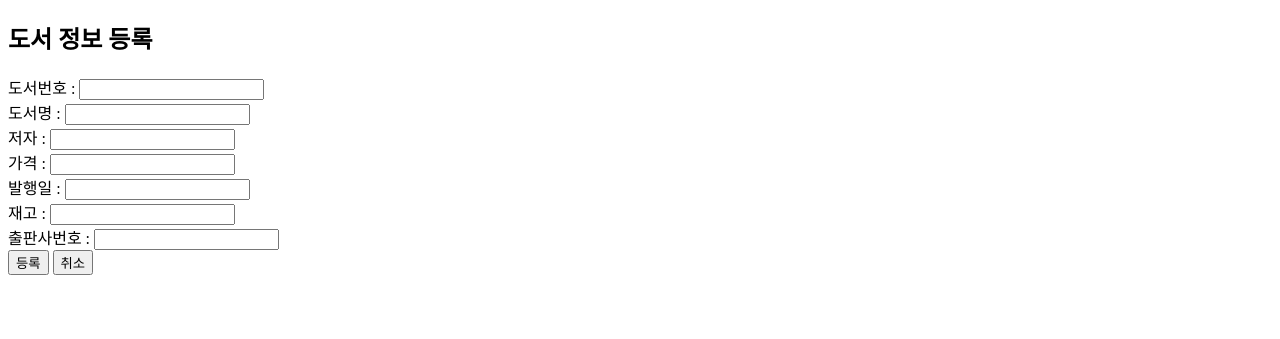
Repository: roditee/backend_ex
Page: Servlet01/src/main/webapp/bookForm.html
These files come from the project's save history. The page is drawn as it stood at one moment and after the next save; the edit follows.
The browser window is 1280 px wide. The pictures show the whole page.

Above is the page before, as saved 2021-12-27 05:38:35.

After the next save:
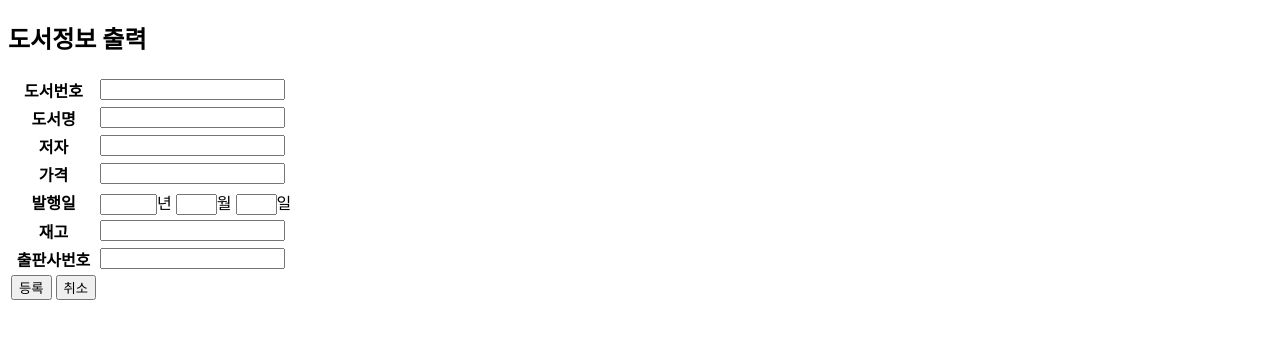
Saved 36 min 51 s later.
--- a/Servlet01/src/main/webapp/bookForm.html
+++ b/Servlet01/src/main/webapp/bookForm.html
@@ -2,19 +2,55 @@
 <html>
 	<head>
 		<meta charset="UTF-8">
-		<title>도서 정보 등록</title>
+		<title>bookForm 예제</title>
 	</head>
 	<body>
-	  <form name="formLogin" method="post" action="bookInsert" >
-	  	<h2>도서 정보 등록</h2>
-	  	도서번호 : <input type="text" name="book_no"><br>
-	  	도서명 : <input type="text" name="book_name" ><br>
-	  	저자 : <input type="text" name="book_author"><br>
-	  	가격 : <input type="text" name="book_price"><br>
-	  	발행일 : <input type="text" name="book_date"><br>
-	  	재고 : <input type="text" name="book_stock"><br>
-	  	출판사번호 : <input type="text" name="book_pubNo"><br>
-	    <input type="submit" value="등록">  <input type="reset" value="취소">
-	  </form>
+				<h2>도서정보 출력</h2>
+			<form method="post" action="bookInsert">
+				<table>
+					<tr>
+						<th>도서번호</th>
+						<td>
+						<input type="text" name="bookNo">
+					</tr>
+					<tr>
+						<th>도서명</th>
+						<td>
+						<input type="text" name="bookName">
+					</tr>
+					<tr>
+						<th>저자</th>
+						<td>
+						<input type="text" name="bookAuthor">
+					</tr>
+					<tr>
+						<th>가격</th>
+						<td>
+						<input type="text" name="bookPrice">
+					</tr>
+					<tr>
+						<th>발행일</th>
+						<td>
+						<input type="text" name="bookYear" size="4">년
+						<input type="text" name="bookMonth" size="2">월
+						<input type="text" name="bookDate" size="2">일
+					</tr>
+					<tr>
+						<th>재고</th>
+						<td>
+						<input type="text" name="qtyNo">
+					</tr>
+					<tr>
+						<th>출판사번호</th>
+						<td>
+						<input type="text" name="pubNo">
+					</tr>
+					<tr>
+						<td>
+							<input type="submit" name="submit" value="등록">
+							<input type="reset" name="reset" value="취소">
+						</td>
+					</tr>
+				</table>
+			</form>
 	</body>
-</html>
